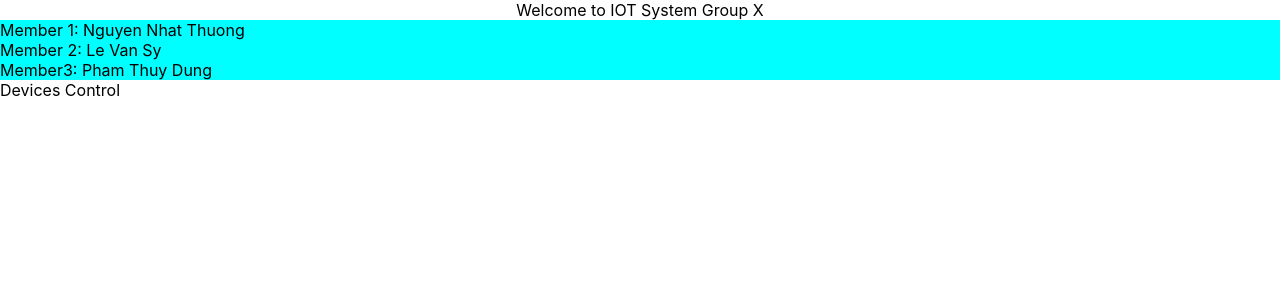
Repository: ngnhthuong/IOT_LAB
Page: /
An editor plug-in stored every save of this project. The page is shown before and after a run of saves, followed by the edit.
The browser window is 1280 px wide. The pictures show the whole page.
The project was rebuilt for these pictures with package versions that can differ from the ones it lists, and the page was loaded fresh each time.

Above is the page before, as saved 2024-04-23 14:35:03.

### src/App.js
import "./App.css";

function App() {
  return (
    <div className="main">
      <div></div>
      <div className="welcome-name">Welcome to IOT System Group X</div>
      <div className="member-name">
        <div className="member">Member 1: Nguyen Nhat Thuong</div>
        <div className="member">Member 2: Le Van Sy</div>
        <div className="member">Member3: Pham Thuy Dung</div>
      </div>
      <div>Devices Control</div>
      <div>
        <div>
          <div></div>
          <div></div>
        </div>
        <div>
          <div></div>
          <div></div>
        </div>
      </div>
    </div>
  );
}

export default App;

### src/App.css
* {
  margin: 0;
  padding: 0;
  box-sizing: border-box;
}

.main{
  width: 100vw;
  height: 100vh;
  align-items: center;
}

.welcome-name{
  display: flex;
  justify-content: center;
}

.member-name{
  display: flex;
  flex-direction: column;
  background-color: aqua;
}

.member{
  display: flex;
  left: 0;
}

Loaded but not shown: public/index.html (common file); src/index.js (common file); src/index.css (common file)

After the next 2 saves:
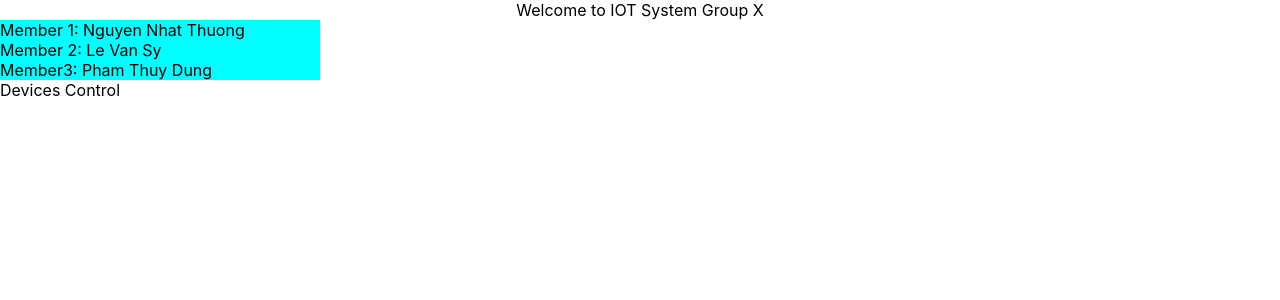
The 2 saves are shown as one change because they came seconds apart.
The last was saved 15 s later.
--- a/src/App.css
+++ b/src/App.css
@@ -19,6 +19,7 @@
   display: flex;
   flex-direction: column;
   background-color: aqua;
+  width: 20rem;
 }
 
 .member{
